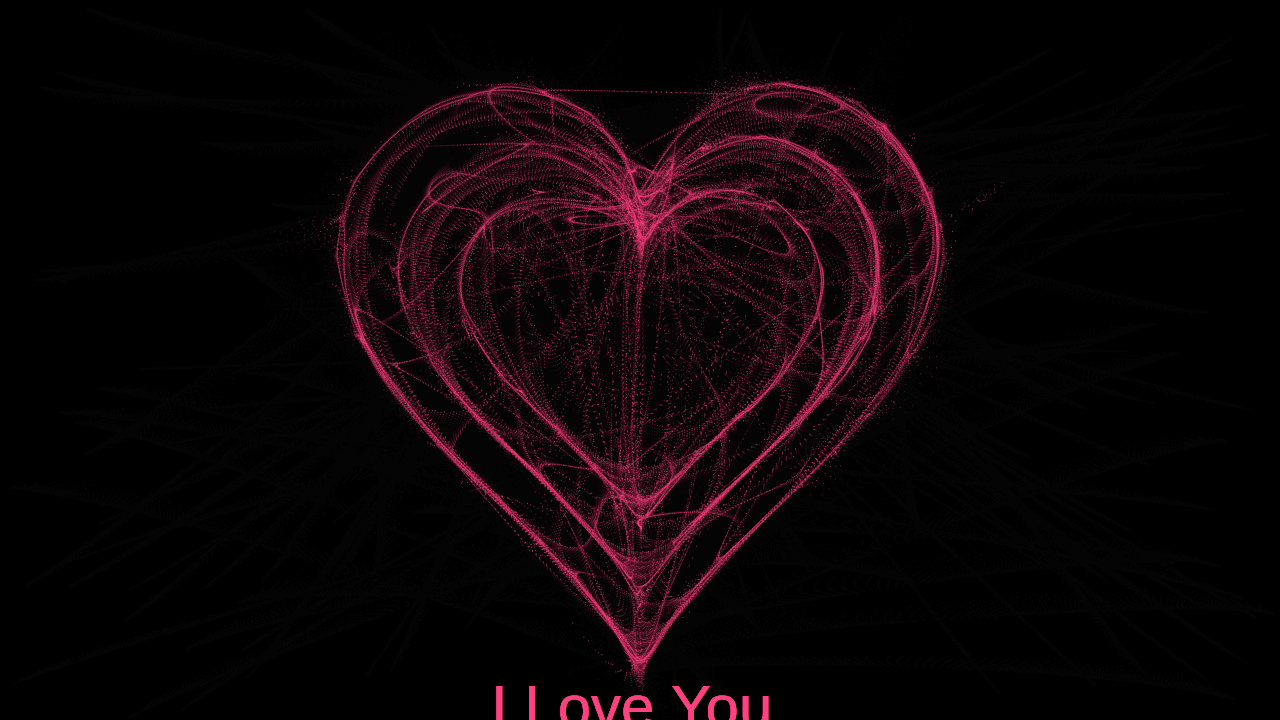
Repository: Madgerald-09/Something
Page: love.html
An editor plug-in stored every save of this project. The page is shown before and after the next save, followed by the edit.
The browser window is 1280 px wide. The pictures show the whole page.

Above is the page before, as saved 2025-12-09 01:42:02.

### love.html
<!DOCTYPE html>
<html lang="en">
<head>
  <meta charset="UTF-8">
  <meta name="viewport" content="width=device-width, initial-scale=1.0">
  <title>❤️ I Love You Favour</title>
  <link rel="stylesheet" href="styles/love.css">
  <style>
    #clickMessage {
      position: fixed;
      top: 50%;
      left: 50%;
      transform: translate(-50%, -50%);
      color: white;
      font-size: 24px;
      text-align: center;
      background: rgba(255, 64, 129, 0.9);
      padding: 20px 40px;
      border-radius: 25px;
      z-index: 1000;
      animation: pulse 2s infinite;
      cursor: pointer;
      box-shadow: 0 10px 30px rgba(255, 64, 129, 0.5);
      display: none;
    }
    @keyframes pulse {
      0% { transform: translate(-50%, -50%) scale(1); }
      50% { transform: translate(-50%, -50%) scale(1.05); }
      100% { transform: translate(-50%, -50%) scale(1); }
    }
  </style>
</head>
<body>
  <canvas id="heart"></canvas>

  <audio id="backgroundMusic" loop>
    <source src="assets/blue.mp3" type="audio/mpeg">
    Your browser does not support the audio element.
  </audio>

  <div id="clickMessage">✨ Click to Play Music ✨</div>

  <script src="script/love.js"></script>

  <script>
    document.addEventListener('DOMContentLoaded', function() {
      const music = document.getElementById('backgroundMusic');
      const message = document.getElementById('clickMessage');

      // Check if music was playing on previous page
      const shouldPlay = localStorage.getItem('musicShouldPlay') === 'true';
      const savedTime = localStorage.getItem('musicTime') || 0;

      if (shouldPlay && savedTime > 0) {
        music.currentTime = parseFloat(savedTime);
      }

      // Try to auto-play
      setTimeout(() => {
        music.play().then(() => {
          console.log('🎵 Music playing automatically');
          message.style.display = 'none';

          // Save playback state
          music.addEventListener('play', () => {
            localStorage.setItem('musicShouldPlay', 'true');
          });

          music.addEventListener('pause', () => {
            localStorage.setItem('musicShouldPlay', 'false');
          });

          // Save current time every 3 seconds
          setInterval(() => {
            localStorage.setItem('musicTime', music.currentTime);
          }, 3000);

        }).catch(error => {
          console.log('🔇 Autoplay blocked, showing play button');
          message.style.display = 'block';

          // Play when message is clicked
          message.addEventListener('click', function playMusic() {
            music.play().then(() => {
              message.style.display = 'none';
              localStorage.setItem('musicShouldPlay', 'true');
            }).catch(e => {
              console.log('Still failed:', e);
              message.textContent = '❌ Cannot play audio. Please refresh.';
            });
            message.removeEventListener('click', playMusic);
          });

          // Also play on any click
          document.addEventListener('click', function playOnAnyClick() {
            if (music.paused) {
              music.play();
              message.style.display = 'none';
            }
            document.removeEventListener('click', playOnAnyClick);
          });
        });
      }, 1000);
    });
  </script>
</body>
</html>

### styles/love.css
body, html {
    margin: 0;
    padding: 0;
    width: 100%;
    height: 100%;
    overflow: hidden;
    background: #000;
}

canvas {
    display: block;
    position: absolute;
    top: 0;
    left: 0;
    width: 100%;
    height: 100%;
}

### script/love.js
window.requestAnimationFrame =
  window.__requestAnimationFrame ||
  window.requestAnimationFrame ||
  window.webkitRequestAnimationFrame ||
  window.mozRequestAnimationFrame ||
  window.oRequestAnimationFrame ||
  window.msRequestAnimationFrame ||
  (function () {
    return function (callback, element) {
      var lastTime = element.__lastTime || 0;
      var currTime = Date.now();
      var timeToCall = Math.max(1, 33 - (currTime - lastTime));
      window.setTimeout(callback, timeToCall);
      element.__lastTime = currTime + timeToCall;
    };
  })();

window.isDevice = /android|webos|iphone|ipad|ipod|blackberry|iemobile|opera mini/i.test(
  (navigator.userAgent || navigator.vendor || window.opera).toLowerCase()
);

var loaded = false;

function init() {
  if (loaded) return;
  loaded = true;
  var mobile = window.isDevice;
  var koef = mobile ? 0.5 : 1;
  var canvas = document.getElementById("heart");
  var ctx = canvas.getContext("2d");
  var width = (canvas.width = koef * innerWidth);
  var height = (canvas.height = koef * innerHeight);
  var rand = Math.random;

  ctx.fillStyle = "rgba(0,0,0,1)";
  ctx.fillRect(0, 0, width, height);

  function drawText() {
    ctx.font = "60px Arial";
    ctx.fillStyle = "#ff4081";
    ctx.textAlign = "center";
    ctx.fillText("I Love You ", width / 2, height / 2.2 + 400);
  }

  function heartPosition(rad) {
    return [
      Math.pow(Math.sin(rad), 3),
      -(
        15 * Math.cos(rad) -
        5 * Math.cos(2 * rad) -
        2 * Math.cos(3 * rad) -
        Math.cos(4 * rad)
      ),
    ];
  }

  function scaleAndTranslate(pos, sx, sy, dx, dy) {
    return [dx + pos[0] * sx, dy + pos[1] * sy];
  }

  window.addEventListener("resize", function () {
    width = canvas.width = koef * innerWidth;
    height = canvas.height = koef * innerHeight;
    ctx.fillStyle = "rgba(0,0,0,1)";
    ctx.fillRect(0, 0, width, height);
  });

  var traceCount = mobile ? 20 : 50;
  var pointsOrigin = [];
  var dr = mobile ? 0.3 : 0.1;
  for (var i = 0; i < Math.PI * 2; i += dr)
    pointsOrigin.push(scaleAndTranslate(heartPosition(i), 310, 19, 0, 0));
  for (var i = 0; i < Math.PI * 2; i += dr)
    pointsOrigin.push(scaleAndTranslate(heartPosition(i), 250, 15, 0, 0));
  for (var i = 0; i < Math.PI * 2; i += dr)
    pointsOrigin.push(scaleAndTranslate(heartPosition(i), 190, 11, 0, 0));

  var heartPointsCount = pointsOrigin.length;
  var targetPoints = [];

  function pulse(kx, ky) {
    for (var i = 0; i < pointsOrigin.length; i++) {
      targetPoints[i] = [
        kx * pointsOrigin[i][0] + width / 2,
        ky * pointsOrigin[i][1] + height / 2.2,
      ];
    }
  }

  var e = [];
  for (var i = 0; i < heartPointsCount; i++) {
    var x = rand() * width;
    var y = rand() * height;
    e[i] = {
      vx: 0,
      vy: 0,
      R: 2,
      speed: rand() + 5,
      q: ~~(rand() * heartPointsCount),
      D: 2 * (i % 2) - 1,
      force: 0.2 * rand() + 0.7,
      f: "rgba(255, 64, 129, 0.7)",
      trace: Array.from({ length: traceCount }, () => ({ x, y })),
    };
  }

  var config = { traceK: 0.4, timeDelta: 0.6 };
  var time = 0;

  function loop() {
    var n = -Math.cos(time);
    pulse((1 + n) * 0.5, (1 + n) * 0.5);
    time += (Math.sin(time) < 0 ? 9 : n > 0.8 ? 0.2 : 1) * config.timeDelta;

    ctx.fillStyle = "rgba(0,0,0,.1)";
    ctx.fillRect(0, 0, width, height);

    for (var i = e.length; i--; ) {
      var u = e[i];
      var q = targetPoints[u.q];
      var dx = u.trace[0].x - q[0];
      var dy = u.trace[0].y - q[1];
      var length = Math.sqrt(dx * dx + dy * dy);

      if (length < 10) {
        if (rand() > 0.95) {
          u.q = ~~(rand() * heartPointsCount);
        } else {
          if (rand() > 0.99) u.D *= -1;
          u.q = (u.q + u.D) % heartPointsCount;
          if (u.q < 0) u.q += heartPointsCount;
        }
      }

      u.vx += (-dx / length) * u.speed;
      u.vy += (-dy / length) * u.speed;
      u.trace[0].x += u.vx;
      u.trace[0].y += u.vy;
      u.vx *= u.force;
      u.vy *= u.force;

      for (var k = 0; k < u.trace.length - 1; k++) {
        var T = u.trace[k];
        var N = u.trace[k + 1];
        N.x -= config.traceK * (N.x - T.x);
        N.y -= config.traceK * (N.y - T.y);
      }

      ctx.fillStyle = u.f;
      u.trace.forEach((t) => ctx.fillRect(t.x, t.y, 1, 1));
    }

    drawText();
    window.requestAnimationFrame(loop, canvas);
  }

  loop();
}

document.addEventListener("DOMContentLoaded", init);

After the next save:
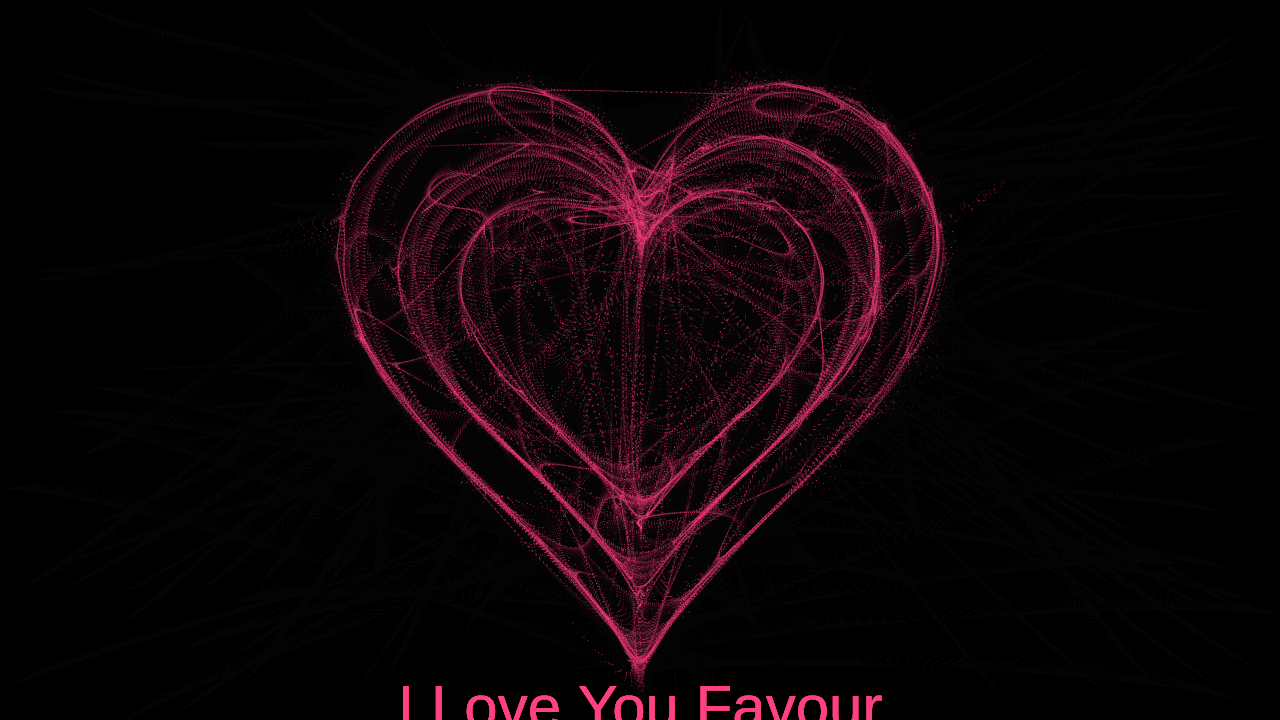
Saved 4 s later.
--- a/script/love.js
+++ b/script/love.js
@@ -39,7 +39,7 @@ function init() {
     ctx.font = "60px Arial";
     ctx.fillStyle = "#ff4081";
     ctx.textAlign = "center";
-    ctx.fillText("I Love You ", width / 2, height / 2.2 + 400);
+    ctx.fillText("I Love You Favour", width / 2, height / 2.2 + 400);
   }
 
   function heartPosition(rad) {
